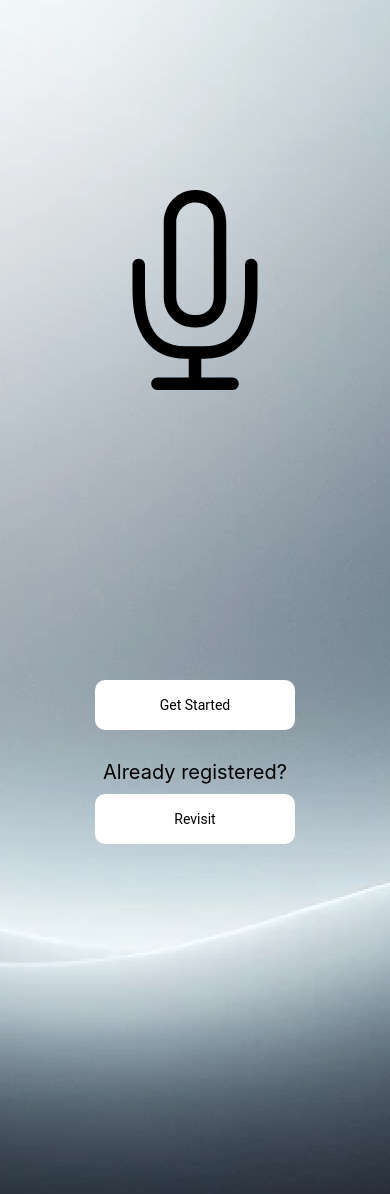
Repository: mortiestmorty1/recordings-app
Screen: / (app in frontend/)
These files come from the project's save history. The screen is drawn as it stood at one moment and after the next save; the edit follows.
The app was drawn by React Native's web renderer in a window 390 px wide. The project was rebuilt for these pictures with package versions that can differ from the ones it lists, and the page was loaded fresh each time. Also part of the build but not shown: frontend/components/registerUser.js.

Above is the screen before, as saved 2024-03-08 01:03:51.

### frontend/App.js
import { StatusBar } from 'expo-status-bar';
import { StyleSheet, View } from 'react-native';
import RegisterUser from './components/registerUser.js';
import React from 'react';
import FirstScreen from './components/firstscreen.js';

export default function App() {
  const handleRegistrationSuccess = (userData) => {
    console.log('User registered:', userData);
  };

  return (
    <View style={styles.container}>
      <FirstScreen />
      {/* <RegisterUser onSubmit={handleRegistrationSuccess} /> */}
      <StatusBar style="auto" />
    </View>
  );
}

const styles = StyleSheet.create({
  container: {
    flex: 1,
    backgroundColor: '#fff',
    alignItems: 'center',
    justifyContent: 'center',
  },
});

### frontend/components/firstscreen.js
import React from 'react';
import { View, Text, StyleSheet, TouchableOpacity, ImageBackground } from 'react-native';
import { Svg, Path } from 'react-native-svg';
import background from '../assets/background.png'; // Ensure this path is correct

const FirstScreen = () => {
  return (
    <View style={styles.container}>
      <ImageBackground
        source={background}
        resizeMode="cover"
        style={styles.imageBackground}
      >
        <Svg style={styles.logo} fill="#000000" width="200" height="200" viewBox="0 0 1024 1024">
          <Path d="M510.88 704h7.6C607.44 704 672 638.4 672 548.032V166.624C672 73.184 604.56 0 518.466 0h-7.584C423.264 0 352 74.752 352 166.624v381.408C352 636.944 420.304 704 510.88 704zM416 166.624C416 110.032 458.56 64 510.88 64h7.6C569.504 64 608 108.128 608 166.624v381.408C608 603.024 572.032 640 518.464 640h-7.584c-55.872 0-94.88-37.808-94.88-91.968zM800 352c-17.68 0-32 14.336-32 32v133.072c0 190.4-67.968 282.929-207.744 282.929H465.12c-182.8 0-209.12-153.84-209.12-282.928V384.001c0-17.664-14.336-32-32-32s-32 14.336-32 32v133.072c0 220.496 91.888 346.928 273.12 346.928H480v96H320c-17.664 0-32 14.336-32 32s14.336 32 32 32h384c17.664 0 32-14.336 32-32s-14.336-32-32-32H544v-96h16.256C684.224 864.001 832 803.809 832 517.072V384c0-17.664-14.32-32-32-32z" />
        </Svg>
        <View style={styles.content}>
          <TouchableOpacity style={styles.btn1} onPress={() => console.log("Get Started pressed")}>
            <Text style={styles.btnText}>Get Started</Text>
          </TouchableOpacity>
          <Text style={styles.text}>Already registered?</Text>
          <TouchableOpacity style={styles.btn1} onPress={() => console.log("Revisit pressed")}>
            <Text style={styles.btnText}>Revisit</Text>
          </TouchableOpacity>
        </View>
      </ImageBackground>
    </View>
  );
};

const styles = StyleSheet.create({
  container: {
    flex: 1,
    width: '100%',
    height: '100%',
    justifyContent: 'center',
    alignItems: 'center',
  },
  imageBackground: {
    flex: 1,
    width: '100%',
    justifyContent: 'center',
    alignItems: 'center',
  },
  logo: {
    marginBottom: 100,
  },
  text: {
    fontSize: 20,
    margin: 20,
  },
  content: {
    justifyContent: 'center',
    alignItems: 'center',
    top: 200,
  },
  btn1: {
    width: 200,
    height: 50,
    backgroundColor: 'white',
    borderRadius: 10,
    justifyContent: 'center',
    alignItems: 'center',
    bottom: 10,
  },
  btnText: {
    color: 'black',
    fontFamily: 'Roboto', // Directly use 'Roboto' without requiring the font file
  },
});

export default FirstScreen;

After the next save:
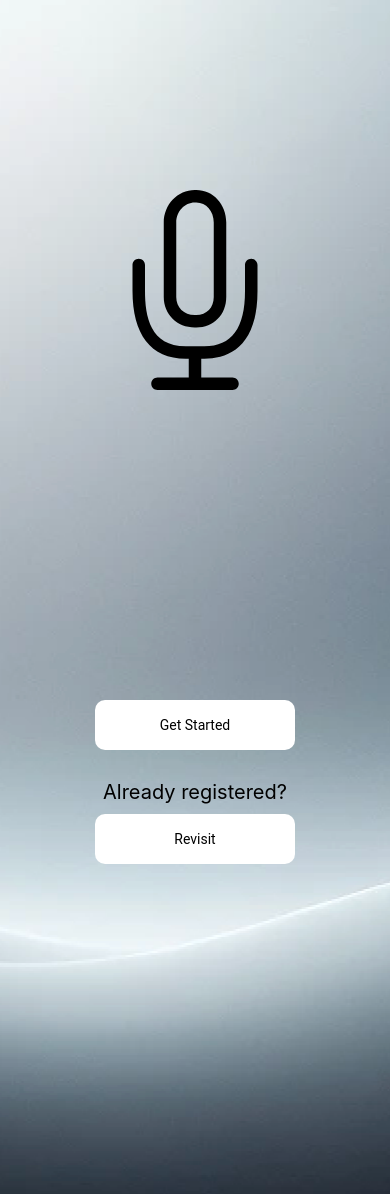
Saved 6 s later.
--- a/frontend/components/firstscreen.js
+++ b/frontend/components/firstscreen.js
@@ -52,7 +52,7 @@ const styles = StyleSheet.create({
   content: {
     justifyContent: 'center',
     alignItems: 'center',
-    top: 200,
+    top: 220,
   },
   btn1: {
     width: 200,
